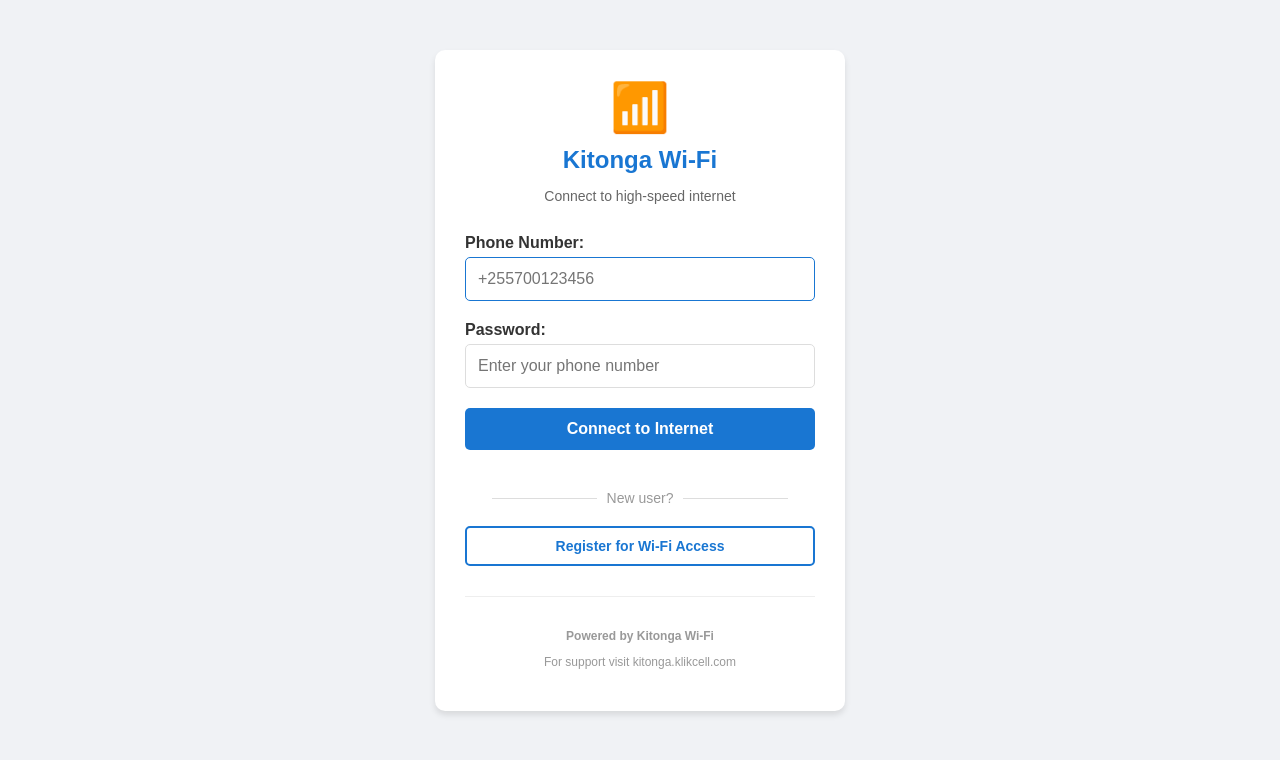
Repository: amirizo/kitonga
Page: hotspot_html/login.html
The author's editor kept a copy of each file at every save. The page is drawn from the files as they stood at one save, then again after the next save.
The browser window is 1280 px wide. The pictures show the whole page.

Above is the page before, as saved 2026-01-11 02:48:15.

After the next save:
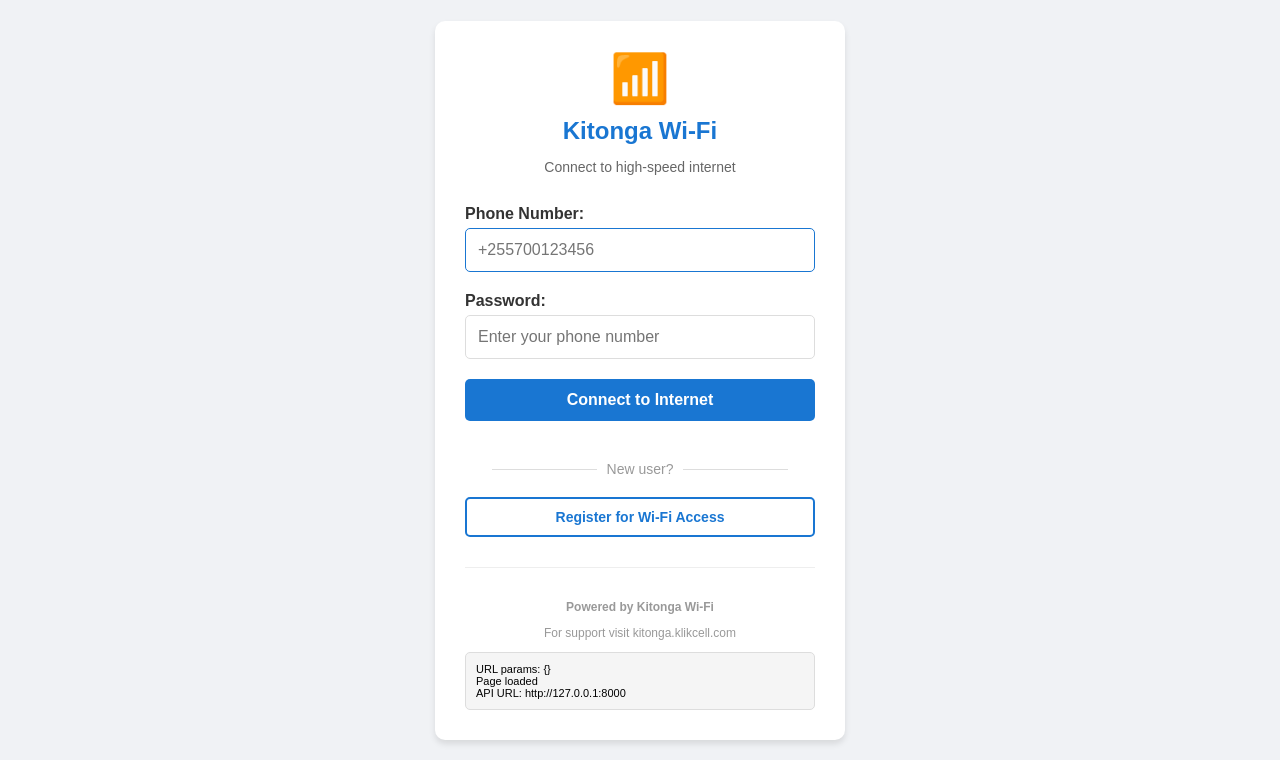
Saved 23 min 12 s later.
--- a/hotspot_html/login.html
+++ b/hotspot_html/login.html
@@ -228,12 +228,16 @@
 
     <script>
         // API Configuration - CHANGE THIS TO YOUR VPS URL
-        var API_BASE_URL = 'https://api.kitonga.klikcell.com';
-        // For local testing, uncomment this:
-        // var API_BASE_URL = 'http://localhost:8000';
+        // For production:
+        // var API_BASE_URL = 'https://api.kitonga.klikcell.com';
+        // var FRONTEND_URL = 'https://kitonga.klikcell.com/portal/';
+
+        // For local testing:
+        var API_BASE_URL = 'http://127.0.0.1:8000';
+        var FRONTEND_URL = 'http://localhost:3000/portal/';
 
         // Debug mode - set to true to see debug info
-        var DEBUG_MODE = false;
+        var DEBUG_MODE = true;
 
         // Get URL parameters from MikroTik
         function getParams() {
